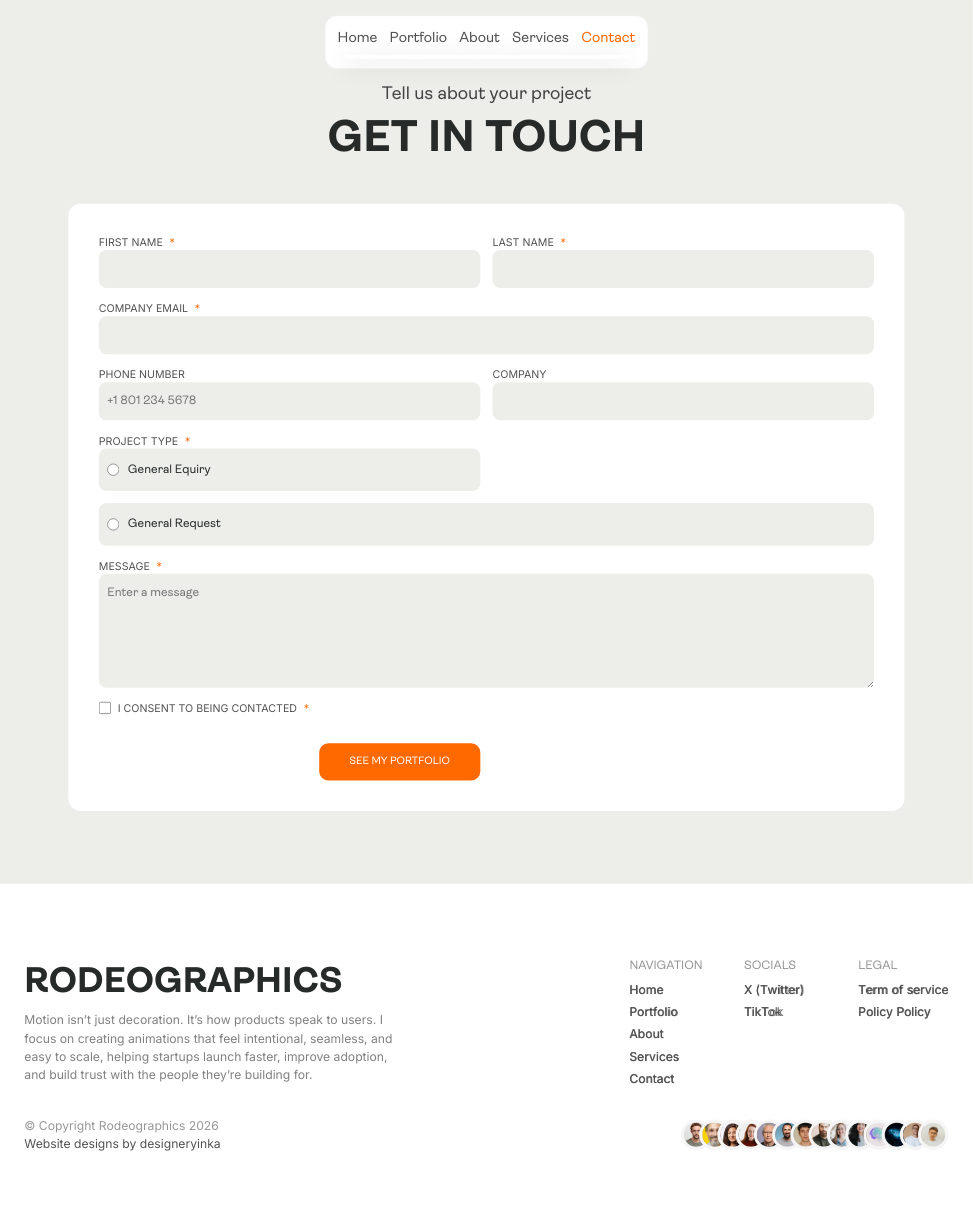
Repository: Ajeyinka/RodeoGraphics
Page: contact.html
An editor plug-in stored every save of this project. The page is shown before and after the next save, followed by the edit.
The browser window is 1280 px wide. The pictures show the whole page, at 76% of full size.

Above is the page before, as saved 2026-02-21 22:18:07.
Console error: ReferenceError: gsap is not defined

After the next save:
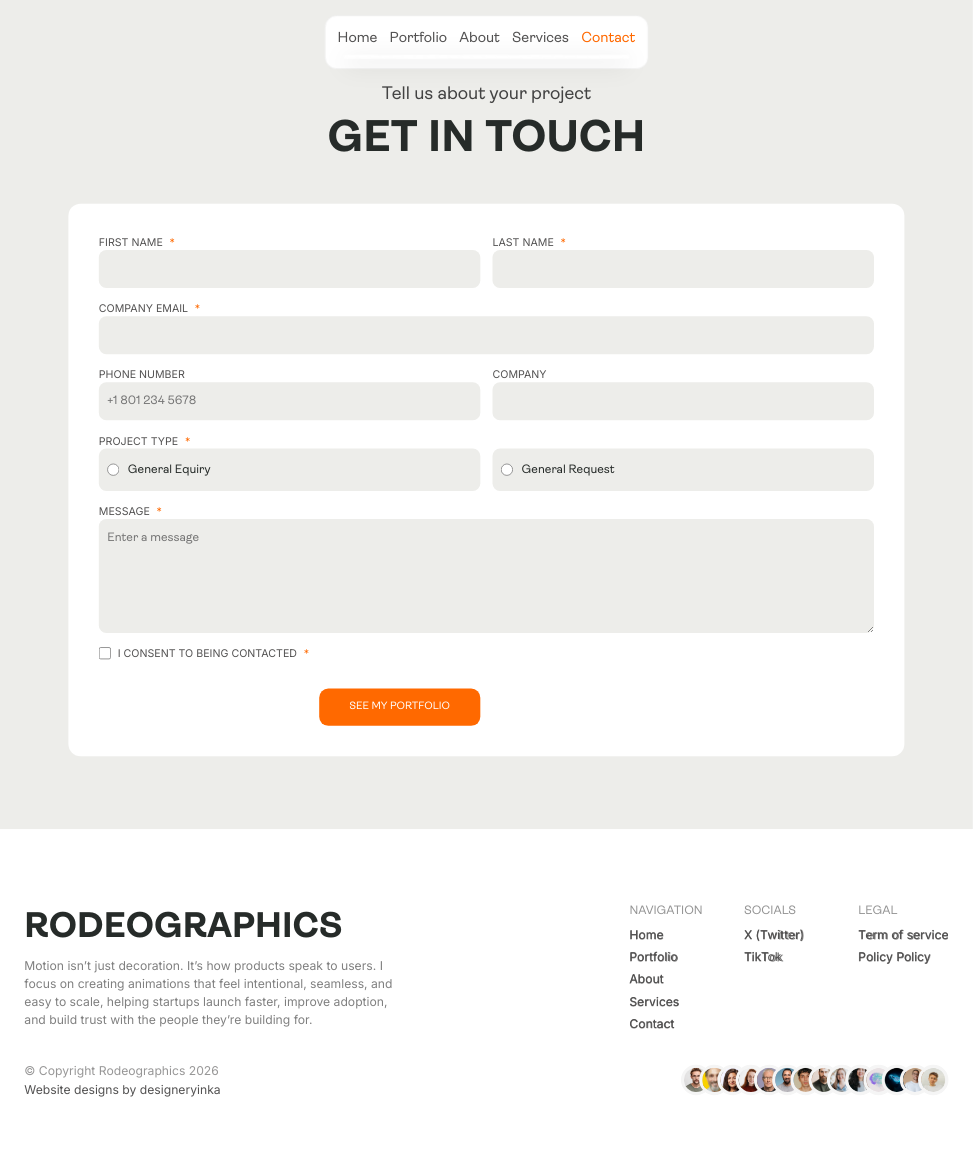
Saved 51 s later.
--- a/contact.html
+++ b/contact.html
@@ -149,7 +149,7 @@
                     <label for="general">General Equiry</label>
                   </div>
 
-                  <div class="form-group span-all">
+                  <div class="form-group">
                     <input
                       type="radio"
                       id="support"
